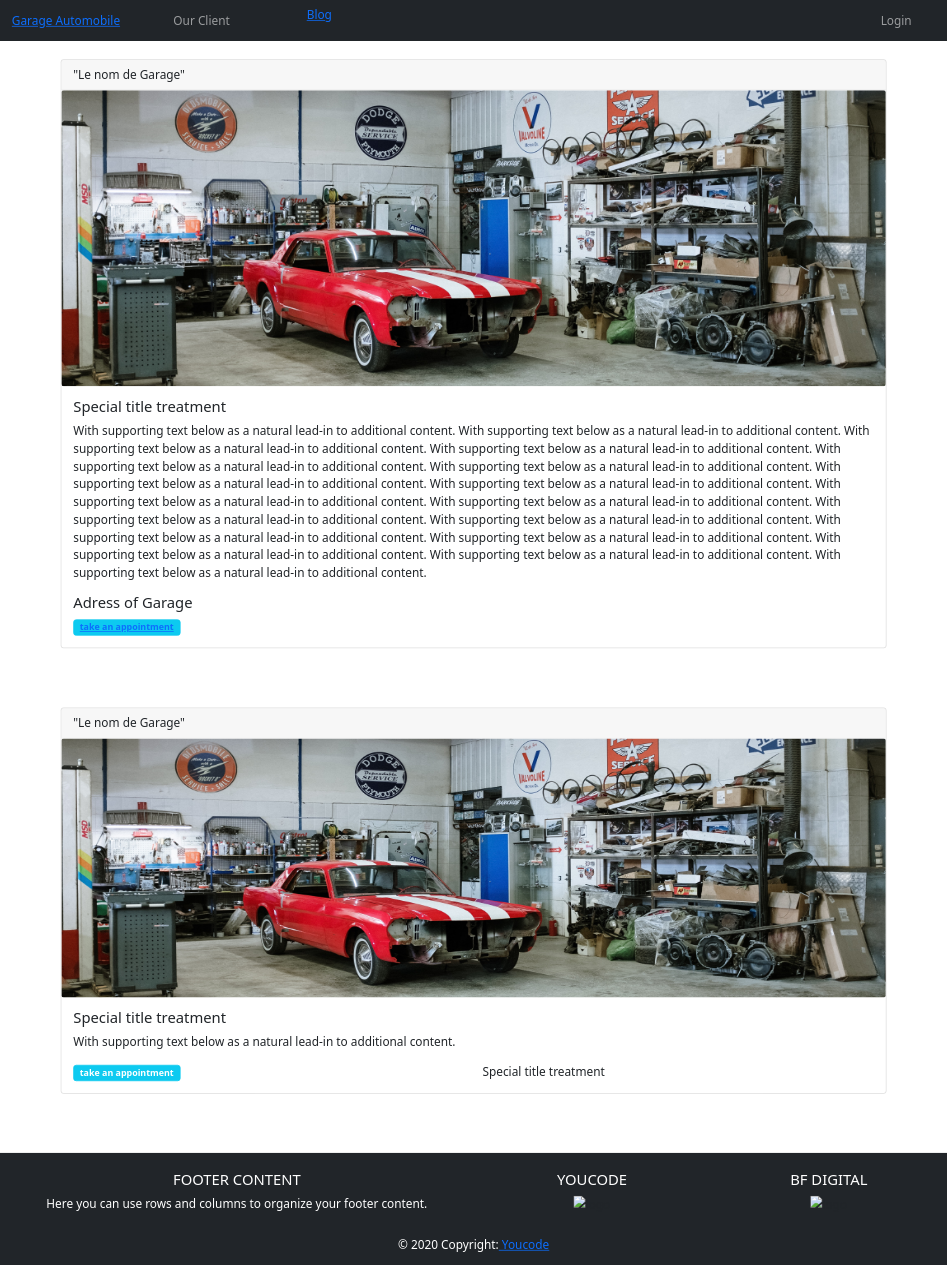
Repository: abdelhak-f/Fil-Rouge
Page: /Blog (app in client/)
These files come from the project's save history. The page is drawn as it stood at one moment and after the next save; the edit follows.
The browser window is 1280 px wide. The pictures show the whole page, at 74% of full size.
The project was rebuilt for these pictures with package versions that can differ from the ones it lists, and the page was loaded fresh each time. Also part of the build but not shown: client/src/components/Text.jsx, client/src/components/forms/FirstFrontForm.jsx, client/src/components/Body.jsx, client/src/components/forms/FormGarage.jsx.

Above is the page before, as saved 2021-09-09 15:24:19.

### client/public/index.html
<!DOCTYPE html>
<html lang="en">
  <head>
    <meta charset="utf-8" />
    <link rel="icon" href="%PUBLIC_URL%/favicon.ico" />
    <meta name="viewport" content="width=device-width, initial-scale=1" />
    <meta name="theme-color" content="#000000" />
    <meta
      name="description"
      content="Web site created using create-react-app"
    />
    <!--   import bootstrao  -->
    <link
  rel="stylesheet"
  href="https://cdn.jsdelivr.net/npm/bootstrap@5.1.0/dist/css/bootstrap.min.css"
  integrity="sha384-KyZXEAg3QhqLMpG8r+8fhAXLRk2vvoC2f3B09zVXn8CA5QIVfZOJ3BCsw2P0p/We"
  crossorigin="anonymous"
  />

    <link rel="apple-touch-icon" href="%PUBLIC_URL%/logo192.png" />
    <!--
      manifest.json provides metadata used when your web app is installed on a
      user's mobile device or desktop. See https://developers.google.com/web/fundamentals/web-app-manifest/
    -->
    <link rel="manifest" href="%PUBLIC_URL%/manifest.json" />
    <!--
      Notice the use of %PUBLIC_URL% in the tags above.
      It will be replaced with the URL of the `public` folder during the build.
      Only files inside the `public` folder can be referenced from the HTML.

      Unlike "/favicon.ico" or "favicon.ico", "%PUBLIC_URL%/favicon.ico" will
      work correctly both with client-side routing and a non-root public URL.
      Learn how to configure a non-root public URL by running `npm run build`.
    -->
    <title>React App</title>
  </head>
  <body>
    <noscript>You need to enable JavaScript to run this app.</noscript>
    <div id="root"></div>
    <!--
      This HTML file is a template.
      If you open it directly in the browser, you will see an empty page.

      You can add webfonts, meta tags, or analytics to this file.
      The build step will place the bundled scripts into the <body> tag.

      To begin the development, run `npm start` or `yarn start`.
      To create a production bundle, use `npm run build` or `yarn build`.
    -->
  </body>
</html>

### client/src/index.js
import React from 'react';
import ReactDOM from 'react-dom';
import './index.css';
import App from './App';
import reportWebVitals from './reportWebVitals';

// import bootstrap
import 'bootstrap/dist/css/bootstrap.min.css';

ReactDOM.render(
  <React.StrictMode>
    <App />
  </React.StrictMode>,
  document.getElementById('root')
);

// If you want to start measuring performance in your app, pass a function
// to log results (for example: reportWebVitals(console.log))
// or send to an analytics endpoint. Learn more: https://bit.ly/CRA-vitals
reportWebVitals();

### client/src/App.js
// import './App.css';
import React from 'react';

import Navbar from './components/Nnavbar';
import Body from './components/Body';
import Footer from './components/Footer';
import Blog from './components/Blog';
import FormGarage from './components/forms/FormGarage'

import { BrowserRouter as Router, Switch, Route } from 'react-router-dom';






function App() {
  return (


    <>
<Router>

     <Navbar />




    <Switch>
    <Route  path="/" exact component={Body} />
    <Route  path="/Blog" component={Blog} />
    <Route  path="/FormGarage" component={FormGarage} />
    </Switch>

    <Footer/>
</Router>
    </>

  );
}

export default App;

### client/src/components/Nnavbar.jsx
import React from 'react';
import { NavLink } from 'react-router-dom';

import * as ReactBootstrap from 'react-bootstrap';









function Navbar() {
    return(
      <>

            <ReactBootstrap.Navbar className="mb-5" collapseOnSelect expand="lg" bg="dark" variant="dark" fixed="top">

 <NavLink className="mx-3" to="/">Garage Automobile</NavLink>
 <ReactBootstrap.Navbar.Toggle aria-controls="responsive-navbar-nav" />
 <ReactBootstrap.Navbar.Collapse id="responsive-navbar-nav">
   <ReactBootstrap.Nav className="me-auto">
     <ReactBootstrap.Nav.Link className="mx-5" href="#features">Our Client</ReactBootstrap.Nav.Link>
     <NavLink  className="px-5" to="/blog">Blog</NavLink>
     {/* <ReactBootstrap.NavDropdown title="Dropdown" id="collasible-nav-dropdown">
       <ReactBootstrap.NavDropdown.Item href="#action/3.1">Action</ReactBootstrap.NavDropdown.Item>
       <ReactBootstrap.NavDropdown.Item href="#action/3.2">Another action</ReactBootstrap.NavDropdown.Item>
       <ReactBootstrap.NavDropdown.Item href="#action/3.3">Something</ReactBootstrap.NavDropdown.Item>
       <ReactBootstrap.NavDropdown.Divider />
       <ReactBootstrap.NavDropdown.Item href="#action/3.4">Separated link</ReactBootstrap.NavDropdown.Item>
     </ReactBootstrap.NavDropdown> */}
   </ReactBootstrap.Nav>
   <ReactBootstrap.Nav>
     <ReactBootstrap.Nav.Link href="#deets" className="px-5" > Login</ReactBootstrap.Nav.Link>
     {/* <ReactBootstrap.Nav.Link eventKey={2} href="#memes">
       Admin
     </ReactBootstrap.Nav.Link> */}
   </ReactBootstrap.Nav>
 </ReactBootstrap.Navbar.Collapse>

</ReactBootstrap.Navbar>





</>

    )
}

export default Navbar ;

### client/src/components/Footer.jsx
import React from "react";


function Footer () {
    return(
<footer  className="pt-4 page-footer font-small blue bg-dark ">
    <div className="text-center container-fluid text-md-left ">
        <div className="row">
            <div className="mt-3 text-white col-md-6 mt-md-0">
                <h5 className=" text-uppercase">Footer Content</h5>
                <p >Here you can use rows and columns to organize your footer content.</p>
            </div>

            <hr className="clearfix pb-0 w-100 d-md-none"/>

            <div className="mb-3 col-md-3 mb-md-0">
                <h5 className="text-white text-uppercase">Youcode</h5>
                <img src="" alt="logo" width={300} /></div>

            <div className="mb-3 col-md-3 mb-md-0">
                <h5 className="text-white text-uppercase " >BF Digital</h5>
                <img src="" alt="logo" width={300} />
            </div>
        </div>
    </div>

    <div className="py-3 text-center text-white footer-copyright " >© 2020 Copyright:
        <a href="https://www.youcode.ma/"> Youcode</a>
    </div>

</footer>
)

}

export default Footer

### client/src/components/Blog.jsx
import React from 'react'
import './css/style.css';
// import { BrowserRouter as Router, Switch, Route } from 'react-router-dom';
import { NavLink } from 'react-router-dom';
import { Container, Card, Button, Col, Row } from 'react-bootstrap';
import image from '../images/image.jpg';
// import FormGarage from './forms/FormGarage'



function Blog() {
  return (
        <>
     <Container  className="Blog" >
         {/* first blog */}
         <Card >
           <Card.Header  >"Le nom de Garage"  </Card.Header>
            <Card.Img
            style={{ height: '400px', weiht: '500px' }}
             src={image} />
            <Card.Body>
            <Card.Title>Special title treatment</Card.Title>
            <Card.Text>
                 With supporting text below as a natural lead-in to additional content.
                 With supporting text below as a natural lead-in to additional content.
                 With supporting text below as a natural lead-in to additional content.
                 With supporting text below as a natural lead-in to additional content.
                 With supporting text below as a natural lead-in to additional content.
                 With supporting text below as a natural lead-in to additional content.
                 With supporting text below as a natural lead-in to additional content.
                 With supporting text below as a natural lead-in to additional content.
                 With supporting text below as a natural lead-in to additional content.
                 With supporting text below as a natural lead-in to additional content.
                 With supporting text below as a natural lead-in to additional content.
                 With supporting text below as a natural lead-in to additional content.
                 With supporting text below as a natural lead-in to additional content.
                 With supporting text below as a natural lead-in to additional content.
                 With supporting text below as a natural lead-in to additional content.
                 With supporting text below as a natural lead-in to additional content.
                 With supporting text below as a natural lead-in to additional content.
            </Card.Text>
            <Card.Title>Adress of Garage</Card.Title>
            <Button as='Col' className="badge" variant="info">
              <NavLink to="/FormGarage" >take an appointment</NavLink>
            </Button>

           </Card.Body>
        </Card>

        <Card className="Blog">
           <Card.Header  >"Le nom de Garage"  </Card.Header>
            <Card.Img
             style={{ height: '350px', weiht: '500px' }}
            src={image} />
            <Card.Body>
            <Card.Title>Special title treatment</Card.Title>
            <Card.Text>
                 With supporting text below as a natural lead-in to additional content.
            </Card.Text>

            <Row>
               <Col>
               <Button className="badge" variant="info">take an appointment</Button>
               </Col>
               <Col>
               <>Special title treatment</>
               </Col>
            </Row>
           </Card.Body>
        </Card>

        {/* second blog */}

     </Container>




{/* <Router>
    <Switch>
     <Route  path="/" component={FormGarage} />
    </Switch>

</Router> */}

</>

  )

}

export default Blog

### client/src/components/css/style.css

.Blog {
    margin-top: 5rem;
    margin-bottom: 5rem;
  }

  .form-inline {
      margin-top:  5%;
      width: 80%;
      height: 5%;
  }

Loaded but not shown: client/src/index.css (common file); client/src/reportWebVitals.js (common file)

After the next save:
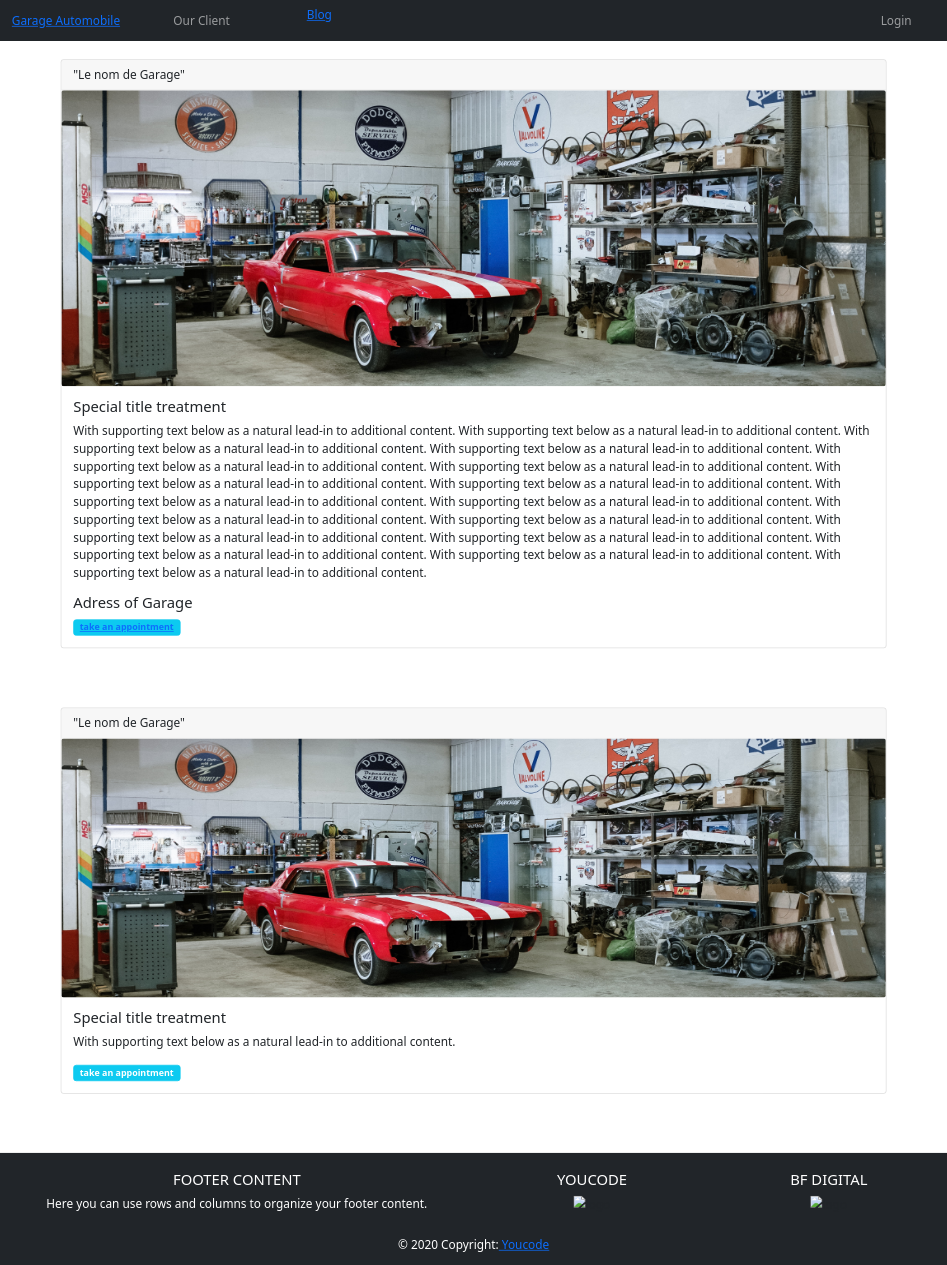
Saved 19 s later.
--- a/client/src/components/Blog.jsx
+++ b/client/src/components/Blog.jsx
@@ -63,7 +63,7 @@
                <Button className="badge" variant="info">take an appointment</Button>
                </Col>
                <Col>
-               <>Special title treatment</>
+               {/* <>Special title treatment</> */}
                </Col>
             </Row>
            </Card.Body>
